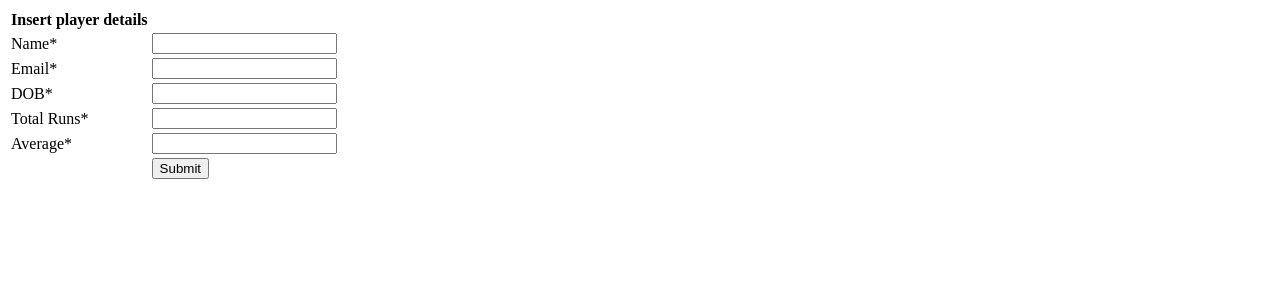
Repository: umng/Learn-to-Program
Page: Java/CTS_SFDC/workspace/Validate Player details/WebContent/index.html
An editor plug-in stored every save of this project. The page is shown before and after the next save, followed by the edit.
The browser window is 1280 px wide. The pictures show the whole page.

Above is the page before, as saved 2017-02-24 08:16:45.

### Java/CTS_SFDC/workspace/Validate Player details/WebContent/index.html
<html>
	<body>
		<form action="Validate" method="POST">
			<table>
				<tr colspan="2">
					<th>Insert player details</th>
				</tr>
				<tr>
					<td>Name*</td>
					<td><input type=text name=name></td>
				</tr>
				<tr>
					<td>Email*</td>
					<td><input type=text name=email></td>
				</tr>
				<tr>
					<td>DOB*</td>
					<td><input type=text name=dob></td>
				</tr>
				<tr>
					<td>Total Runs*</td>
					<td><input type=text name=runs></td>
				</tr>
				<tr>
					<td>Average*</td>
					<td><input type=text name=average></td>
				</tr>
				<tr>
					<td></td>
					<td><input type=submit id=insert></td>
				</tr>
			</table>
			<br>
		</form>
	</body>
</html>

After the next save:
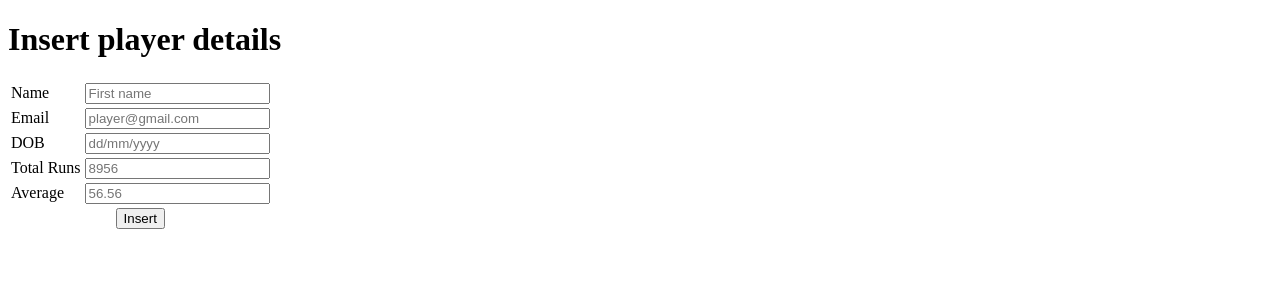
Saved 2 min 46 s later.
--- a/Java/CTS_SFDC/workspace/Validate Player details/WebContent/index.html
+++ b/Java/CTS_SFDC/workspace/Validate Player details/WebContent/index.html
@@ -1,36 +1,37 @@
+<!DOCTYPE html>
 <html>
-	<body>
-		<form action="Validate" method="POST">
-			<table>
-				<tr colspan="2">
-					<th>Insert player details</th>
-				</tr>
-				<tr>
-					<td>Name*</td>
-					<td><input type=text name=name></td>
-				</tr>
-				<tr>
-					<td>Email*</td>
-					<td><input type=text name=email></td>
-				</tr>
-				<tr>
-					<td>DOB*</td>
-					<td><input type=text name=dob></td>
-				</tr>
-				<tr>
-					<td>Total Runs*</td>
-					<td><input type=text name=runs></td>
-				</tr>
-				<tr>
-					<td>Average*</td>
-					<td><input type=text name=average></td>
-				</tr>
-				<tr>
-					<td></td>
-					<td><input type=submit id=insert></td>
-				</tr>
-			</table>
-			<br>
-		</form>
-	</body>
+<head>
+<meta charset="ISO-8859-1">
+<title>Insert title here</title>
+</head>
+<body>
+	<form method="post" action="Main">
+		<h1>Insert player details</h1>
+		<table>
+			<tr>
+				<td><label>Name</label></td>
+				<td><input type="text" placeholder="First name" name="name"></td>
+			</tr>
+			<tr>
+				<td><label>Email</label></td>
+				<td> <input type="text" placeholder="player@gmail.com" name="email"> </td>
+			</tr>
+			<tr>
+				<td><label>DOB</label></td>
+				<td><input type="text" placeholder="dd/mm/yyyy" name="dob"></td>
+			</tr>
+			<tr>
+				<td><label>Total Runs</label></td>
+				<td><input type="text" placeholder="8956" name="runs"></td>
+			</tr>
+			<tr>
+				<td><label>Average</label></td>
+				<td><input type="text" placeholder="56.56" name="average"></td>
+			</tr>
+			<tr>
+				<td colspan="2" align="center"><input type="submit" id="insert" value="Insert"></td>
+			</tr>
+		</table>
+	</form>
+</body>
 </html>
